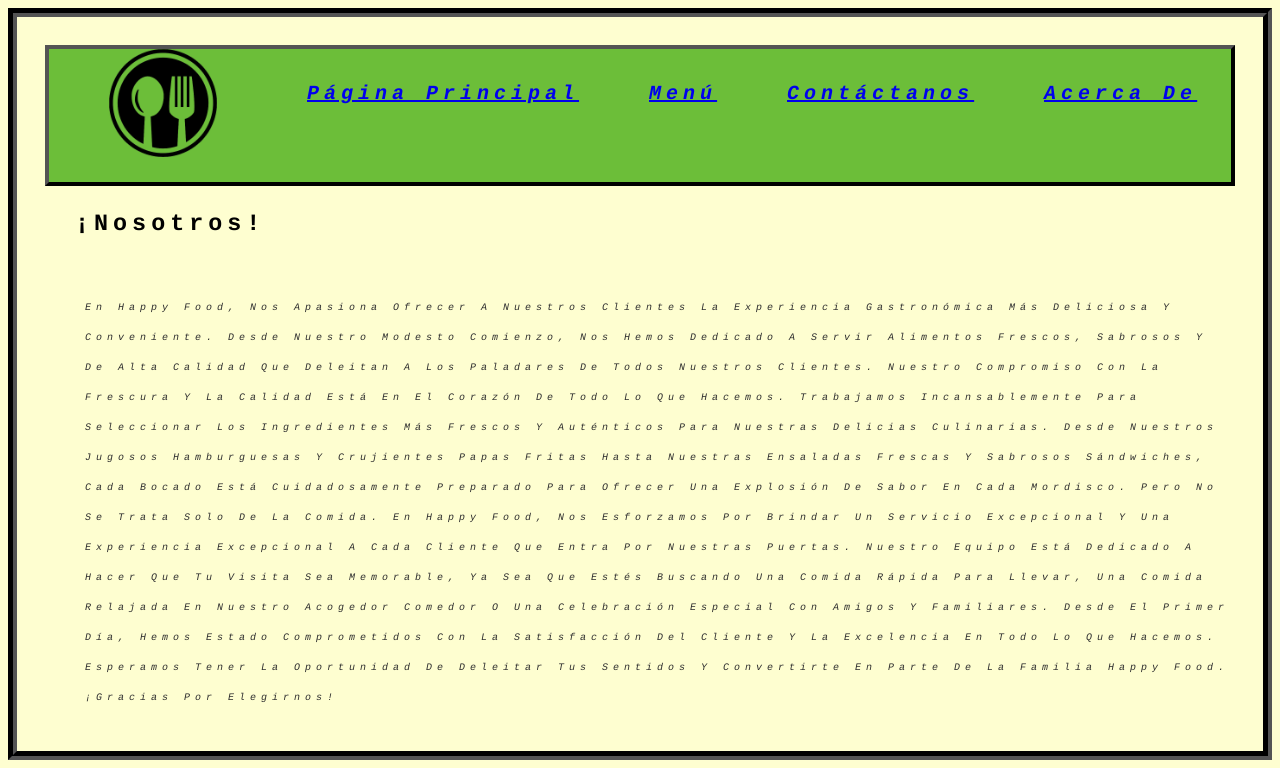
Repository: UVMCoyoacan/eq06_sitio1
Page: Carpeta docs/acercade.html
The author's editor kept a copy of each file at every save. The page is drawn from the files as they stood at one save, then again after the next save.
The browser window is 1280 px wide. The pictures show the whole page.

Above is the page before, as saved 2024-03-08 10:44:49.

### Carpeta docs/acercade.html
<!DOCTYPE html>
<html>
    <head>
        <link rel="stylesheet" href="../Carpeta estilos/estilo1.css"/>
        <meta charset="utf-8" />
    </head>
    <body>
        <header id="parte_inicial" role="banner">
            <div class="encabezado" style="display: flex;   flex-wrap: wrap;">
                    <div style="flex-wrap:wrap ;">
                    <img width="108" height="108" src="../Carpeta ims/tres.png" onclick="redirigirIndex()" style="text-align: left; cursor:pointer;";>
                    </div>
            <div style="display: flex;   flex-wrap: wrap;">
            <ul >
                <li><a href="../index.html">Página principal</a></li>
                <li><a href="menu.html">Menú</a></li>
                <li><a href="contactos.html">Contáctanos</a></li>
                <li style="float:right"><a class="active" href="#">Acerca de</a></li>
            </ul>
        </div>
            </div>

        </header>
        <h3> ¡Nosotros!</h3>
        <ul>


<br>

En Happy Food, nos apasiona ofrecer a nuestros clientes la experiencia gastronómica más deliciosa y conveniente. Desde nuestro modesto comienzo, nos hemos dedicado a servir alimentos frescos, sabrosos y de alta calidad que deleitan a los paladares de todos nuestros clientes.

Nuestro compromiso con la frescura y la calidad está en el corazón de todo lo que hacemos. Trabajamos incansablemente para seleccionar los ingredientes más frescos y auténticos para nuestras delicias culinarias. Desde nuestros jugosos hamburguesas y crujientes papas fritas hasta nuestras ensaladas frescas y sabrosos sándwiches, cada bocado está cuidadosamente preparado para ofrecer una explosión de sabor en cada mordisco.

Pero no se trata solo de la comida. En Happy Food, nos esforzamos por brindar un servicio excepcional y una experiencia excepcional a cada cliente que entra por nuestras puertas. Nuestro equipo está dedicado a hacer que tu visita sea memorable, ya sea que estés buscando una comida rápida para llevar, una comida relajada en nuestro acogedor comedor o una celebración especial con amigos y familiares.

Desde el primer día, hemos estado comprometidos con la satisfacción del cliente y la excelencia en todo lo que hacemos. Esperamos tener la oportunidad de deleitar tus sentidos y convertirte en parte de la familia Happy Food.

¡Gracias por elegirnos!


        </ul>
    </body>
    <script src="../Carpeta js/js1.js">
    </script>
</html>

### Carpeta estilos/estilo1.css
body{
  background-color:#fefec0be;
  font-size:20px;
  font-family:Courier;
  font-weight:bold;
  font-style:normal;
  line-height:30px;
  letter-spacing:5px;
  padding: 28px;
  text-transform:capitalize;
  text-align:left;
  text-indent:30px;
  border-style:groove;
  border-color: #000000;
  border-width: .8ch;


}
header{
  background-color:#6cbe39;
  font-size:20px;
  font-family:Courier;
  font-weight:bold;
  font-style:italic;
  line-height:60px;
  letter-spacing:5px;
  text-transform:capitalize;
  text-align:left;
  text-indent:60px;
  border-style: outset;
  border-color: #000000;
  border-width: .4ch;

}
li {
  display: inline;
  float: left;
  background-color:#6cbe39;
  font-size:20px;
  font-family:Courier;
  font-weight:bold;
  font-style:oblique;
  line-height:30px;
  letter-spacing:5px;
  text-decoration:underline;
  text-transform:capitalize;
  text-align:left;
  text-indent:30px;
  border-style:inherit;
  border-color: #303130;
  padding: 12px;
}


a {
  display: block;
  padding: 8px;
  background-color:#6cbe39;
}
.active {
  background-color:transparent;

}

#titulo{
  text-decoration: overline underline;
  font-size:30px;
  font-style:oblique;

}

p{

    font-size: 30px;
    font-family: Courier;
    font-weight: bold;
    font-style:italic;
    line-height: 30px;
    letter-spacing: 5px;
    text-transform: capitalize;
    text-align: left;
    text-indent: 30px;
    margin-left: auto;
    color: #2e2e2e;
      background-color: #ffffff;


    }

  ol{

      font-size: 20px;
      font-family: Courier;
      font-weight:200;
      font-style: normal;
      line-height: 30px;
      letter-spacing: 5px;
      text-transform: capitalize;
      text-align: left;
      text-indent: 30px;
      color: #2e2e2e;
      padding-left: 40px;
    }
    h1{
      font-size: 30px;
      font-family: Courier;
      font-weight: bold;
      font-style:italic;
      line-height: 30px;
      letter-spacing: 5px;
      text-transform: capitalize;
      text-align: left;
      text-indent: 30px;
      margin-left: auto;
      color: #2e2e2e;
        background-color: #b3e64c;
    }
    h2 {
      font-size: 30px;
      font-family: Arial, sans-serif;
      font-weight: bold;
      font-style: normal;
      line-height: 1.5;
      letter-spacing: 1px;
      text-transform: uppercase;
      text-align: center;
      color: #333333;
      margin-top: 20px;
      margin-bottom: 20px;
    }
    ul{
      font-size: 10px;
      font-family: Courier;
      font-weight:200;
      font-style:oblique;
      line-height: 30px;
      letter-spacing: 5px;
      text-transform: capitalize;
      text-align: left;
      text-indent: 30px;
      color: #2e2e2e;
      padding-left: 40px;
    }

### Carpeta js/js1.js
function redirigirIndex() {
    window.location.href = '#';
}

After the next save:
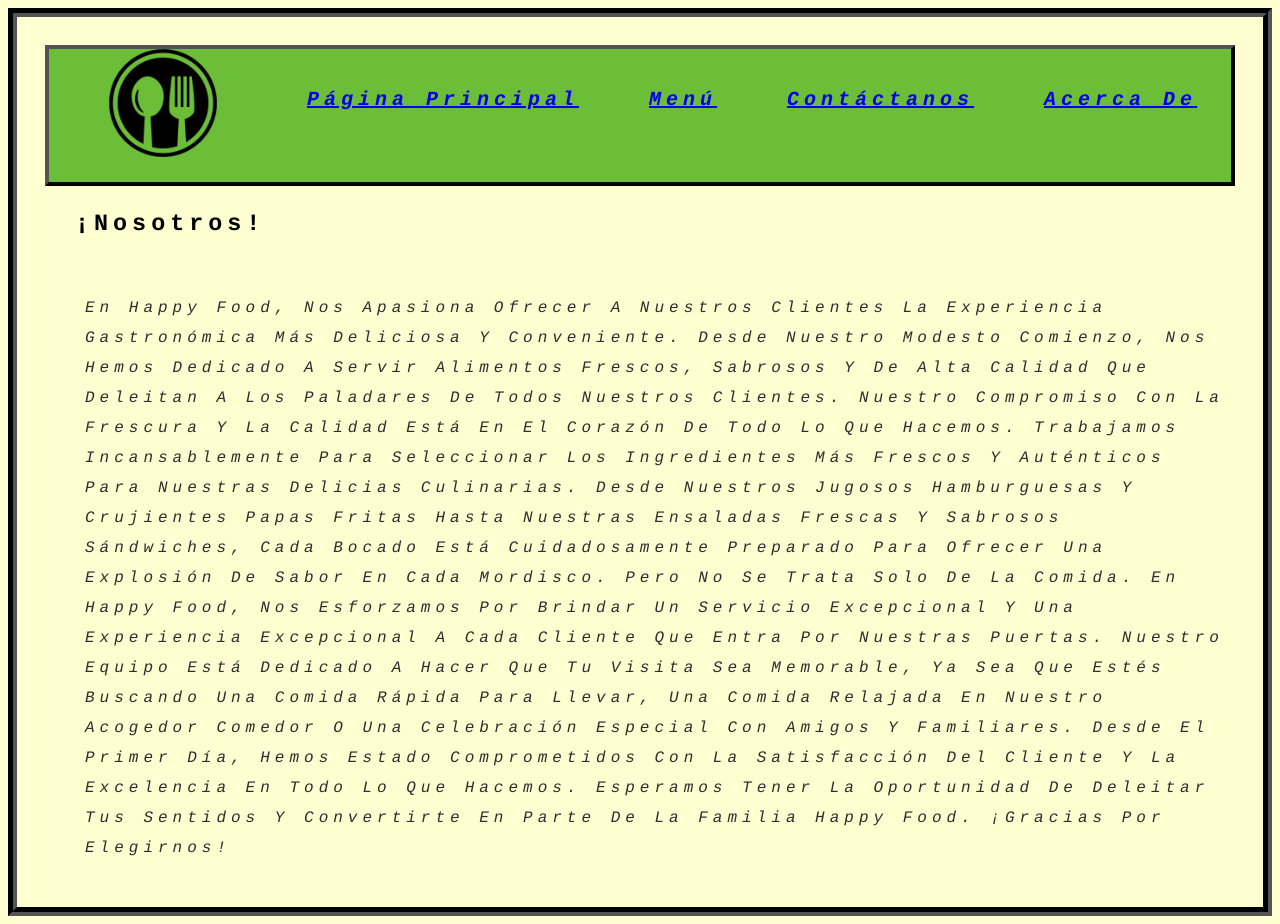
Saved 16 s later.
--- a/Carpeta estilos/estilo1.css
+++ b/Carpeta estilos/estilo1.css
@@ -129,7 +129,7 @@ p{
       margin-bottom: 20px;
     }
     ul{
-      font-size: 10px;
+      font-size: 16px;
       font-family: Courier;
       font-weight:200;
       font-style:oblique;
